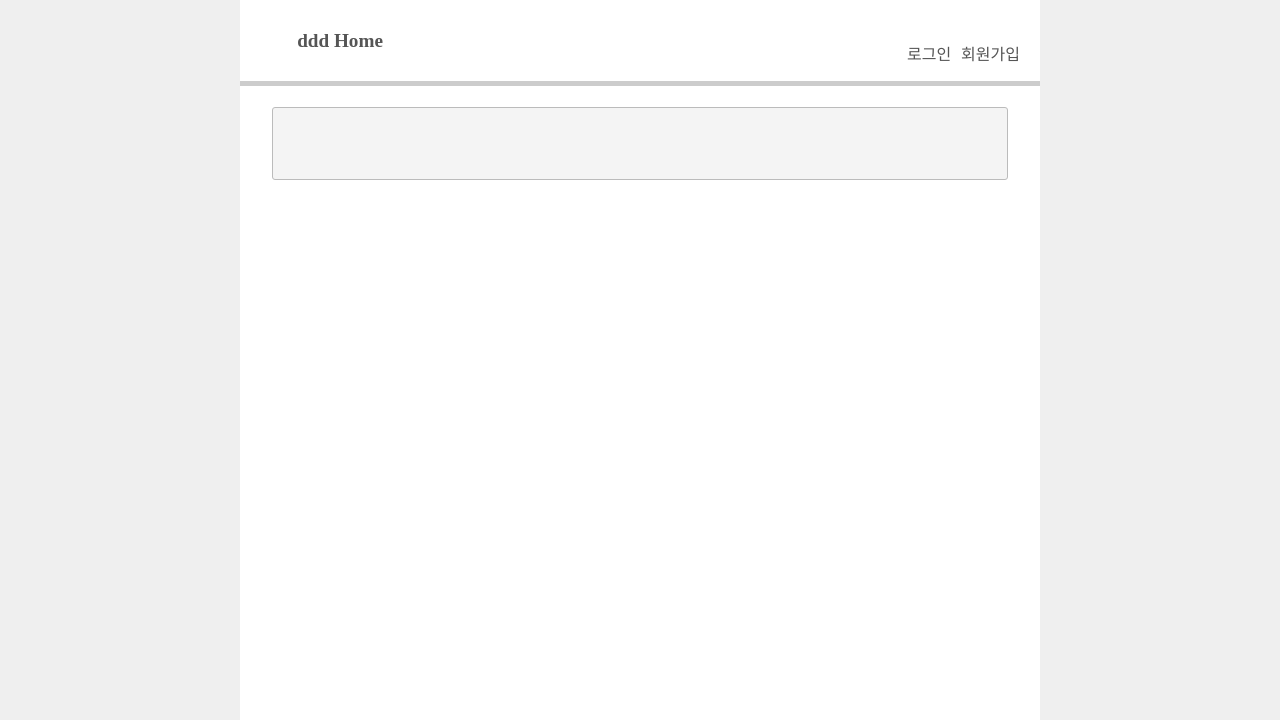
Repository: Deneb0000/JSP
Page: http://localhost/jspPro/days03/ex03.jsp
An editor plug-in stored every save of this project. The page is shown before and after the next save, followed by the edit.
The browser window is 1280 px wide. The pictures show the whole page.
Some web fonts or font styles are not loaded; a fallback is used. The page is served by Tomcat 9.

Above is the page before, as saved 2024-10-17 03:41:53.

After the next save:
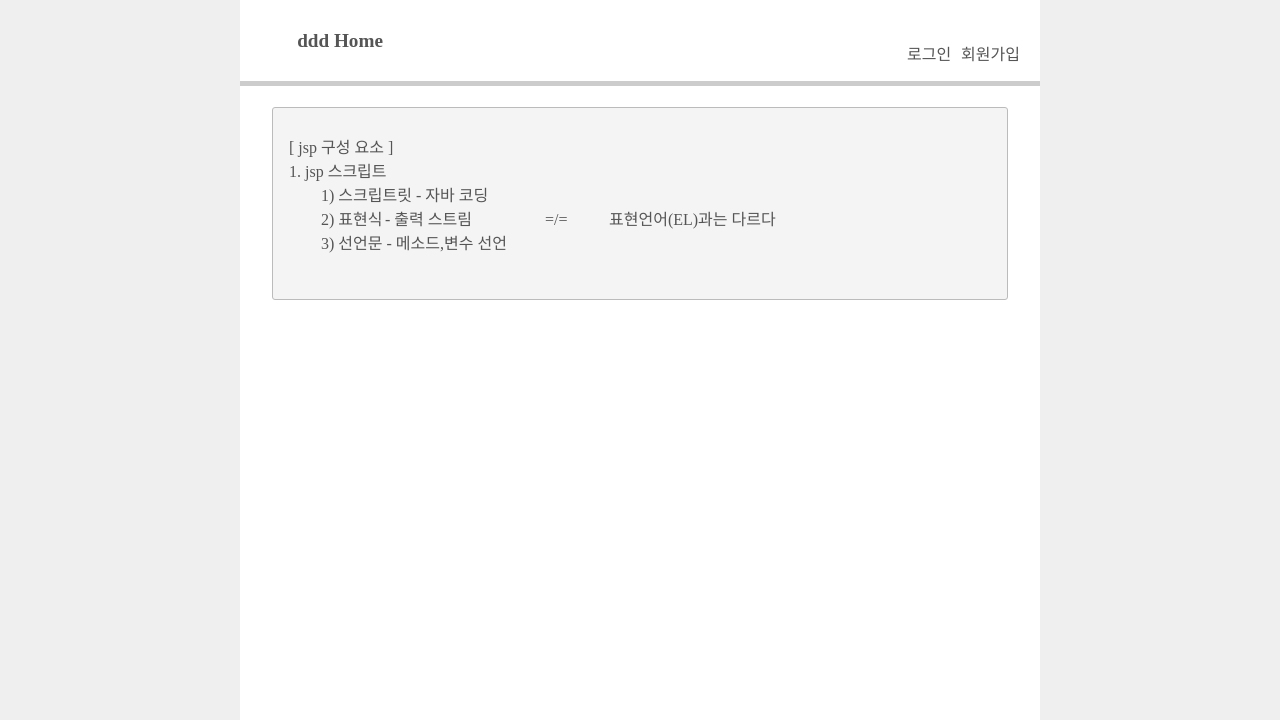
Saved 83 min 8 s later.
--- a/jspPro/src/main/webapp/days03/ex03.jsp
+++ b/jspPro/src/main/webapp/days03/ex03.jsp
@@ -26,8 +26,17 @@
 </header>
 <div>
   <xmp class="code">
+[ jsp 구성 요소 ]
+1. jsp 스크립트
+	1) 스크립트릿 - 자바 코딩
+	2) 표현식	- 출력 스트림			=/=		표현언어(EL)과는 다르다
+	3) 선언문 - 메소드,변수 선언
 
   </xmp>
+  <% //스크립트릿
+  String name = "홍길동";
+  %>
+
 </div>
 </body>
 </html>
